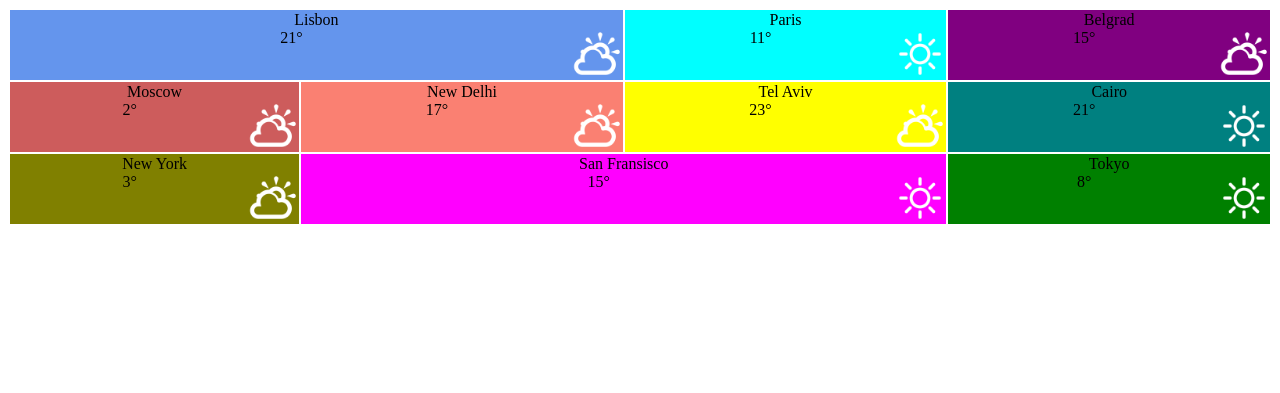
Repository: aysedo/html
Page: Week_2/index.html
These files come from the project's save history. The page is drawn as it stood at one moment and after the next save; the edit follows.
The browser window is 1280 px wide. The pictures show the whole page.

Above is the page before, as saved 2021-08-24 16:30:11.

After the next save:
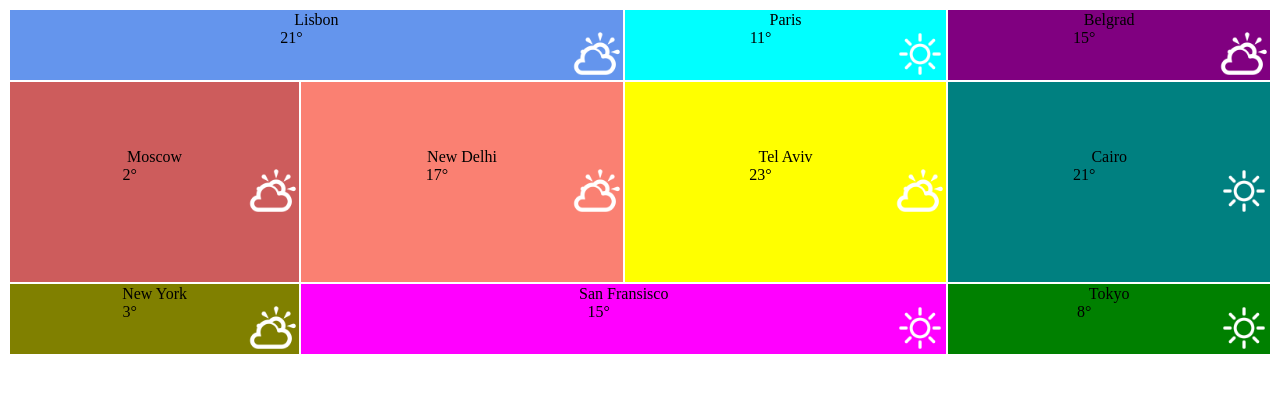
Saved 38 s later.
--- a/Week_2/index.html
+++ b/Week_2/index.html
@@ -28,7 +28,7 @@
           <img src="img.png" width="50" align="right" />
         </td>
       </tr>
-      <tr ="200">
+      <tr height="200">
         <td bgcolor="Indianred" align="center">
           Moscow
           <br />
